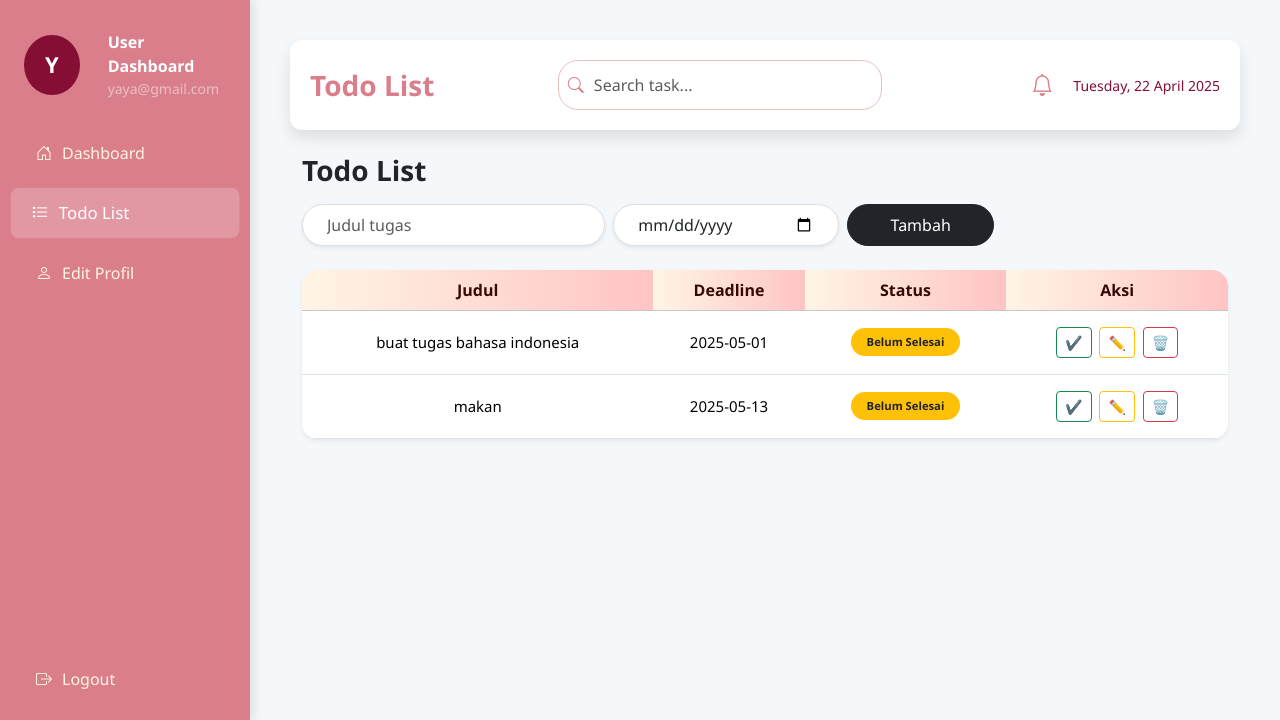
Repository: zhr-nabila/FloTime
Page: http://localhost/todo.php
An editor plug-in stored every save of this project. The page is shown before and after the next save, followed by the edit.
The browser window is 1280 px wide. The pictures show the whole page.
The page is run by PHP 8.4 with error messages shown; the project is at /var/www/html/. The session is filled in as if someone had signed in: {"email": "yaya@gmail.com", "status": "login", "user_id": 2}. Other server files are loaded and not shown. The database holds what the project's SQL file puts in it.

Above is the page before, as saved 2025-04-23 12:09:18.

### todo.php
<?php
session_start();
require 'koneksi.php';

if (!isset($_SESSION['status']) || $_SESSION['status'] != "login") {
    header("Location: login.php");
    exit();
}

$user_id = $_SESSION['user_id'];
$email = $_SESSION['email'];
$search = $_GET['search'] ?? '';

// Tambah task
if (isset($_POST['add_task'])) {
    $title = $_POST['title'];
    $deadline = $_POST['deadline'];
    $created_at = date('Y-m-d H:i:s');

    $stmt = $conn->prepare("INSERT INTO todos (user_id, title, status, deadline, created_at) VALUES (?, ?, 'pending', ?, ?)");
    $stmt->bind_param("isss", $user_id, $title, $deadline, $created_at);
    $stmt->execute();
    $stmt->close();

    header("Location: todo.php");
    exit();
}

// Centang task
if (isset($_GET['done'])) {
    $task_id = $_GET['done'];
    $conn->query("UPDATE todos SET status='completed' WHERE id=$task_id AND user_id=$user_id");
    header("Location: todo.php");
    exit();
}

// Hapus task
if (isset($_GET['delete'])) {
    $task_id = $_GET['delete'];
    $conn->query("DELETE FROM todos WHERE id=$task_id AND user_id=$user_id");
    header("Location: todo.php");
    exit();
}

// Ambil data tugas
$searchSql = !empty($search) ? "AND title LIKE '%$search%'" : "";
$sql = "SELECT * FROM todos WHERE user_id = $user_id $searchSql ORDER BY deadline ASC";
$result = $conn->query($sql);

if (!$result) {
    die("Query gagal: " . $conn->error);
}
?>

<!DOCTYPE html>
<html lang="en">
<head>
    <meta charset="UTF-8">
    <title>Todo List</title>
    <link href="https://cdn.jsdelivr.net/npm/bootstrap@5.3.3/dist/css/bootstrap.min.css" rel="stylesheet">
    <link href="https://cdn.jsdelivr.net/npm/bootstrap-icons@1.10.5/font/bootstrap-icons.css" rel="stylesheet">
    <link rel="stylesheet" href="css/style.css">
</head>
<body>

<div class="sidebar d-flex flex-column">
    <div class="px-4 d-flex align-items-center mb-4">
        <div class="user-avatar"><?= strtoupper(substr($email, 0, 1)) ?></div>
        <div class="ms-2">
            <div class="fw-semibold">User Dashboard</div>
            <div class="small text-white-50"><?= htmlspecialchars($email) ?></div>
        </div>
    </div>
    <nav class="nav flex-column px-3">
        <a class="nav-link" href="dashboard.php"><i class="bi bi-house-door"></i> Dashboard</a>
        <a class="nav-link active" href="todo.php"><i class="bi bi-list-task"></i> Todo List</a>
        <a class="nav-link" href="profile.php"><i class="bi bi-person"></i> Edit Profil</a>
        <a class="nav-link logout" href="logout.php"><i class="bi bi-box-arrow-right"></i> Logout</a>
    </nav>
</div>

<div class="main-content">
    <div class="header">
        <div class="title">Todo List</div>
        <div class="search-bar">
            <form method="GET" action="todo.php" class="d-flex">
                <input type="text" name="search" class="form-control" placeholder="Search task..." value="<?= htmlspecialchars($search) ?>">
                <button type="submit" class="btn"><i class="bi bi-search"></i></button>
            </form>
        </div>
        <div class="notifications">
            <i class="bi bi-bell"></i>
            <div class="date"><?= date('l, d F Y') ?></div>
        </div>
    </div>

    <div class="container mt-4">
        <h3 class="mb-3 fw-bold">Todo List</h3>
        <form method="POST" class="mb-4 row g-2 align-items-center justify-content-start">
    <div class="col-lg-4 col-md-5 col-sm-12">
        <input type="text" name="title" class="form-control rounded-pill shadow-sm px-4 py-2" placeholder="Judul tugas" required>
    </div>
    <div class="col-lg-3 col-md-4 col-sm-12">
        <input type="date" name="deadline" class="form-control rounded-pill shadow-sm px-4 py-2" required>
    </div>
    <div class="col-lg-2 col-md-3 col-sm-12">
        <button type="submit" name="add_task" class="btn btn-dark rounded-pill w-100 py-2">Tambah</button>
    </div>
</form>

<?php if ($result->num_rows > 0): ?>
    <div class="table-responsive shadow-sm rounded-4 overflow-hidden">
        <table class="table table-hover align-middle mb-0 premium-table">
            <thead class="table-light text-center">
                <tr>
                    <th>Judul</th>
                    <th>Deadline</th>
                    <th>Status</th>
                    <th>Aksi</th>
                </tr>
            </thead>
            <tbody>
                <?php while ($row = $result->fetch_assoc()): ?>
                    <tr>
                        <td><?= htmlspecialchars($row['title']) ?></td>
                        <td><?= htmlspecialchars($row['deadline']) ?></td>
                        <td class="text-center">
                            <?php
                            if ($row['status'] == 'completed') {
                                echo "<span class='badge rounded-pill text-bg-success px-3 py-2'>Selesai</span>";
                            } elseif (date('Y-m-d') > $row['deadline']) {
                                echo "<span class='badge rounded-pill text-bg-danger px-3 py-2'>Terlambat</span>";
                            } else {
                                echo "<span class='badge rounded-pill text-bg-warning text-dark px-3 py-2'>Belum Selesai</span>";
                            }
                            ?>
                        </td>
                        <td class="text-center">
                            <?php if ($row['status'] != 'completed'): ?>
                                <a href="?done=<?= $row['id'] ?>" class="btn btn-outline-success btn-sm me-1">✔️</a>
                            <?php endif; ?>
                            <a href="edit_task.php?id=<?= $row['id'] ?>" class="btn btn-outline-warning btn-sm me-1">✏️</a>
                            <a href="?delete=<?= $row['id'] ?>" onclick="return confirm('Hapus tugas ini?')" class="btn btn-outline-danger btn-sm">🗑️</a>
                        </td>
                    </tr>
                <?php endwhile; ?>
            </tbody>
        </table>
    </div>
<?php else: ?>
    <p class="text-muted mt-4 text-center">✨ Tidak ada tugas ditemukan. Buat yang baru, yuk!</p>
<?php endif; ?>

    </div>
</div>

</body>
</html>

### koneksi.php
<?php
$host = "localhost";
$user = "root";
$pass = "";
$db = "todolist"; // Nama database kamu

$conn = mysqli_connect($host, $user, $pass, $db);

// Cek koneksi
if (!$conn) {
    die("Koneksi gagal: " . mysqli_connect_error());
}
?>

### css/style.css
@import url('https://fonts.googleapis.com/css2?family=Poppins:wght@500&display=swap');

:root {
    --c0: #ffffff;
    --c1: #E3919F;
    --c2: #E7C0BC;
    --c3: #370808;
    --c4: #D97E8A;
    --c5: #EC9FAB;
    --c6: #000000;
    /* gradient */
    --c7: #850e35;
    --c8: #ee6983;
    --c9: #ffc4c4;
    --c10: #fff5e4;
    --c11: #d1d5db;
}

body {
    background: #f5f8fa;
    font-family: 'Segoe UI', sans-serif;
    margin: 0;
    padding: 0;
    overflow: hidden;
}

html, body {
    height: 100%;
}


::-webkit-scrollbar {
    display: none;
}

.main-content {
    margin-left: 250px;
    padding: 40px;
    height: 100vh;
    overflow-y: auto;
}


.sidebar {
    height: 100vh;
    background: var(--c4);
    color: var(--c0);
    padding-top: 30px;
    position: fixed;
    width: 250px;
    transition: all 0.3s;
    box-shadow: 4px 0 10px rgba(0, 0, 0, 0.1);
}

.sidebar .nav-link {
    color: var(--c10);
    padding: 12px 20px;
    margin: 6px 0;
    border-radius: 8px;
    display: flex;
    align-items: center;
    gap: 10px;
    transition: all 0.3s ease;
    font-size: 16px;
}

.sidebar .nav-link:hover,
.sidebar .nav-link.active {
    background-color: rgba(255, 255, 255, 0.2);
    color: var(--c0);
    transform: scale(1.05);
}

.sidebar .nav-link.logout {
    color: var(--c10);
    padding: 12px 20px;
    margin: 22rem 0;
    border-radius: 8px;
    display: flex;
    align-items: center;
    gap: 10px;
    transition: all 0.3s ease;
    font-size: 16px;
}

.sidebar .nav-link.logout:hover {
    background-color: rgba(255, 255, 255, 0.2);
    color: var(--c0);
    transform: scale(1.05);
}

.main-content {
    margin-left: 250px;
    padding: 40px;
}

.header {
    display: flex;
    justify-content: space-between;
    align-items: center;
    padding: 20px;
    background: var(--c0);
    border-radius: 12px;
    box-shadow: 0 8px 15px rgba(0, 0, 0, 0.1);
    margin-bottom: 20px;
}

.header .title {
    font-size: 28px;
    font-weight: bold;
    color: var(--c4);
}

.header .search-bar {
    position: relative;
    width: 350px;
}

.header .search-bar input {
    width: 100%;
    padding: 12px 40px 12px 35px;
    border-radius: 20px;
    border: 1px solid var(--c2);
    font-size: 16px;
    transition: border 0.3s;
}

.header .search-bar input:focus {
    border: 1px solid var(--c4);
    outline: none;
}

.header .search-bar i {
    position: absolute;
    top: 50%;
    left: 10px;
    transform: translateY(-50%);
    color: var(--c4);
}

.header .notifications {
    display: flex;
    align-items: center;
    gap: 20px;
}

.header .notifications .bi {
    font-size: 22px;
    cursor: pointer;
    color: var(--c4);
    transition: color 0.3s;
}

.header .notifications .bi:hover {
    color: var(--c7);
}

.card-welcome {
    background: linear-gradient(135deg, var(--c9), var(--c10));
    border-radius: 16px;
    box-shadow: 0 15px 30px rgba(0, 0, 0, 0.1);
    padding: 30px;
    animation: fadeIn 0.6s ease;
    margin-bottom: 30px;
    color: var(--c7);
    border: none;
}

.user-avatar {
    width: 60px;
    height: 60px;
    background-color: var(--c7);
    color: var(--c0);
    font-weight: bold;
    border-radius: 50%;
    display: flex;
    align-items: center;
    justify-content: center;
    margin-right: 20px;
    font-size: 22px;
    transition: background-color 0.3s ease;
}

.user-avatar:hover {
    background-color: var(--c3);
}

.date {
    font-size: 14px;
    color: var(--c7);
}

@keyframes fadeIn {
    from {opacity: 0; transform: translateY(20px);}
    to {opacity: 1; transform: translateY(0);}
}

/* Mobile Responsiveness */
@media (max-width: 768px) {
    .sidebar {
        width: 200px;
    }

    .main-content {
        margin-left: 200px;
    }

    .header .title {
        font-size: 24px;
    }

    .header .search-bar {
        width: 250px;
    }
}

/* todo */

.premium-form {
    background: linear-gradient(to right, var(--c10), var(--c9));
    border: 2px solid var(--c2);
}

.btn-gradient {
    background: linear-gradient(135deg, var(--c7), var(--c4));
    color: white;
    border: none;
    transition: 0.3s ease;
}

.btn-gradient:hover {
    transform: scale(1.02);
    background: linear-gradient(135deg, var(--c8), var(--c4));
}

.premium-table th {
    font-weight: 600;
    background: linear-gradient(to right, var(--c10), var(--c9));
    color: var(--c3);
}

.premium-table td {
    vertical-align: middle;
    padding-top: 16px;
    padding-bottom: 16px;
    font-size: 15px;
}

.table-hover tbody tr:hover {
    background-color: #fdf2f2;
    transition: 0.3s;
}

.table td,
.table th {
    text-align: center;
}

### todolist.sql (the tables this page reads)
CREATE TABLE `todos` (
  `id` int(11) NOT NULL,
  `user_id` int(11) NOT NULL,
  `title` varchar(255) NOT NULL,
  `status` enum('pending','completed') DEFAULT 'pending',
  `deadline` date DEFAULT NULL,
  `created_at` timestamp NOT NULL DEFAULT current_timestamp()
) ENGINE=InnoDB DEFAULT CHARSET=utf8mb4 COLLATE=utf8mb4_general_ci;

INSERT INTO `todos` (`id`, `user_id`, `title`, `status`, `deadline`, `created_at`) VALUES
(2, 2, 'buat tugas bahasa indonesia', 'pending', '2025-05-01', '2025-05-15 17:11:25'),
(5, 2, 'makan', 'pending', '2025-05-13', '2025-05-21 19:26:13');

ALTER TABLE `todos`
  ADD PRIMARY KEY (`id`),
  ADD KEY `user_id` (`user_id`);

ALTER TABLE `todos`
  MODIFY `id` int(11) NOT NULL AUTO_INCREMENT, AUTO_INCREMENT=6;

ALTER TABLE `todos`
  ADD CONSTRAINT `todos_ibfk_1` FOREIGN KEY (`user_id`) REFERENCES `users` (`id`);

After the next save:
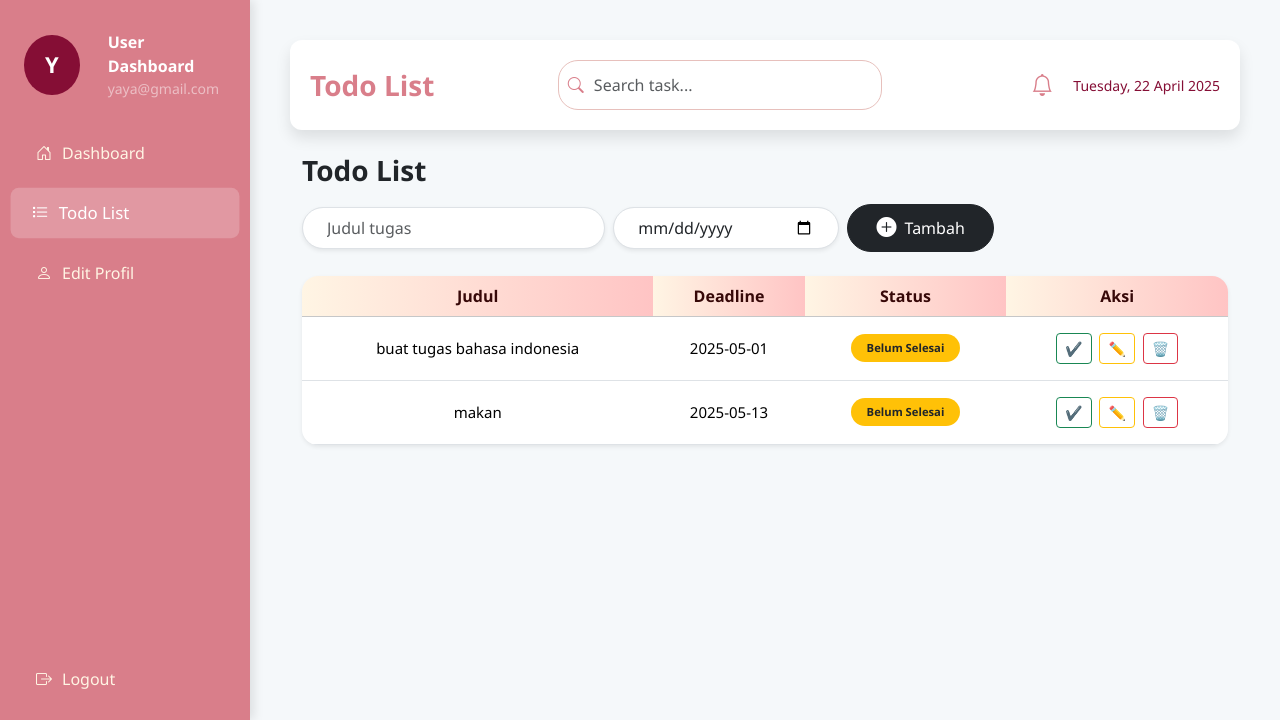
Saved 73 s later.
--- a/todo.php
+++ b/todo.php
@@ -104,9 +104,12 @@
         <input type="date" name="deadline" class="form-control rounded-pill shadow-sm px-4 py-2" required>
     </div>
     <div class="col-lg-2 col-md-3 col-sm-12">
-        <button type="submit" name="add_task" class="btn btn-dark rounded-pill w-100 py-2">Tambah</button>
+        <button type="submit" name="add_task" class="btn btn-dark rounded-pill w-100 py-2 d-flex align-items-center justify-content-center gap-2 add-btn">
+            <i class="bi bi-plus-circle-fill fs-5"></i> Tambah
+        </button>
     </div>
 </form>
+
 
 <?php if ($result->num_rows > 0): ?>
     <div class="table-responsive shadow-sm rounded-4 overflow-hidden">

After the 2 saves that followed:
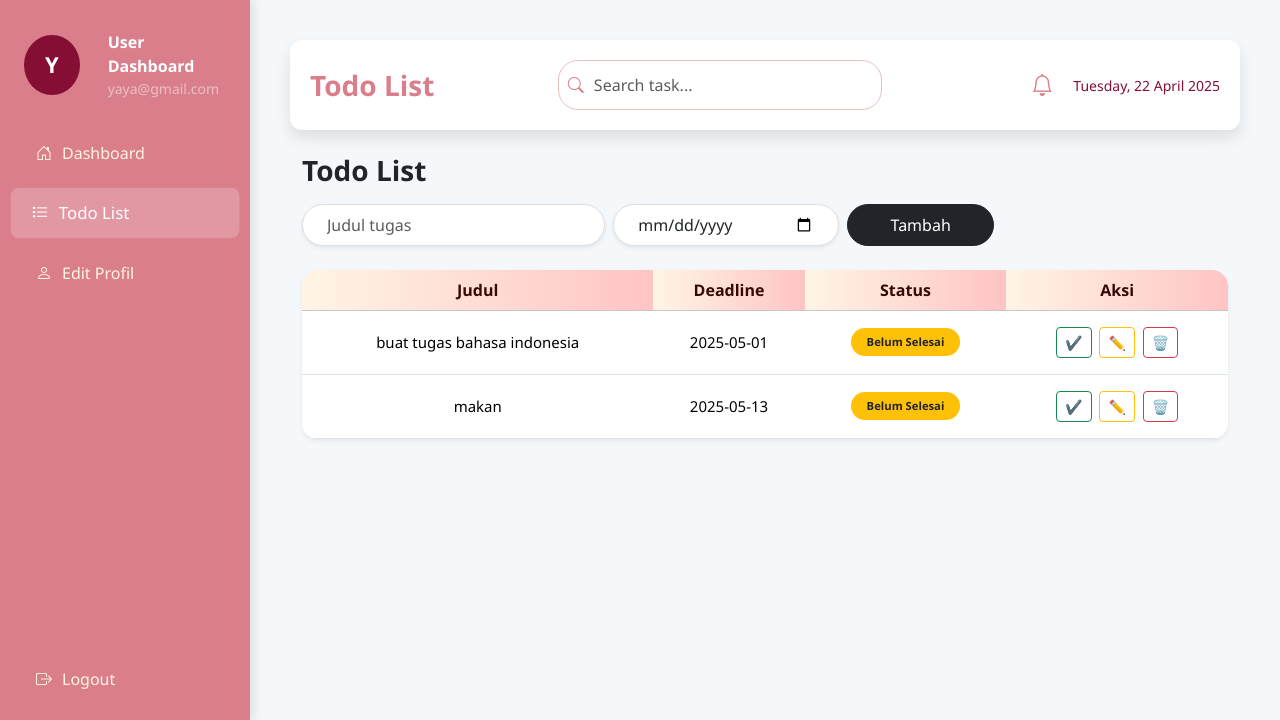
The 2 saves are shown as one change because 1 left the picture as it was.
The last was saved 93 s later.
--- a/todo.php
+++ b/todo.php
@@ -104,12 +104,9 @@
         <input type="date" name="deadline" class="form-control rounded-pill shadow-sm px-4 py-2" required>
     </div>
     <div class="col-lg-2 col-md-3 col-sm-12">
-        <button type="submit" name="add_task" class="btn btn-dark rounded-pill w-100 py-2 d-flex align-items-center justify-content-center gap-2 add-btn">
-            <i class="bi bi-plus-circle-fill fs-5"></i> Tambah
-        </button>
+        <button type="submit" name="add_task" class="btn btn-dark rounded-pill w-100 py-2">Tambah</button>
     </div>
 </form>
-
 
 <?php if ($result->num_rows > 0): ?>
     <div class="table-responsive shadow-sm rounded-4 overflow-hidden">
--- a/css/style.css
+++ b/css/style.css
@@ -233,6 +233,18 @@ html, body {
     background: linear-gradient(135deg, var(--c8), var(--c4));
 }
 
+.add-btn {
+    transition: all 0.3s ease;
+    transform: translateY(0);
+}
+
+.add-btn:hover {
+    background-color: var(--c4);
+    transform: translateY(-2px) scale(1.03);
+    box-shadow: 0 4px 12px rgba(233, 145, 159, 0.3);
+}
+
+
 .premium-table th {
     font-weight: 600;
     background: linear-gradient(to right, var(--c10), var(--c9));
